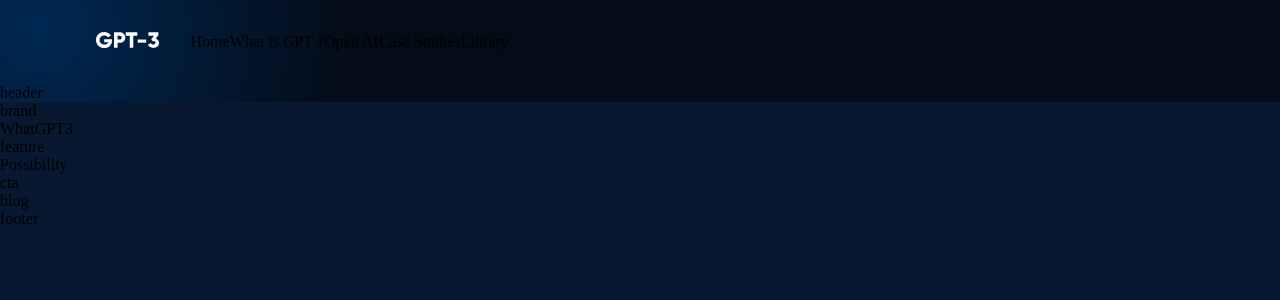
Repository: smitranjansingh29/gpt3-react
Page: /
These files come from the project's save history. The page is drawn as it stood at one moment and after the next save; the edit follows.
The browser window is 1280 px wide. The pictures show the whole page.
The project was rebuilt for these pictures with package versions that can differ from the ones it lists, and the page was loaded fresh each time. Also part of the build but not shown: src/components/brand/brand.css, src/components/cta/cta.css, src/components/feature/feature.css, src/components/feature/Feature.jsx, src/containers/features/feature.css, src/containers/footer/footer.css, src/containers/header/header.css, src/containers/possibility/possibility.css and 1 more.

Above is the page before, as saved 2023-10-02 13:15:07.

### src/index.js
import React from 'react';
import ReactDOM from 'react-dom';
import App from './App';
import './index.css';

ReactDOM.render( < App / > , document.getElementById('root'));

### src/App.js
import React from 'react';

import { Brand , Cta , Navbar } from './components';
import { Footer , Blog , Possibility , Features , WhatGPT3 , Header } from './containers';

import './App.css';
const App = () => {
  return (
    <div className='App' >
    <div className='gradient__bg' >
      <Navbar/>
      <Header/>
    </div>
    <Brand/>
    <WhatGPT3/>
    <Features/>
    <Possibility/>
    <Cta/>
    <Blog/>
    <Footer/>
    </div>
  )
}

export default App

### src/index.css
@import url('https://fonts.googleapis.com/css2?family=Manrope:wght@200;300;400;500;600;700;800&display=swap');
:root {
    --font-family: 'Manrope', sans-serif;
    --gradient-text: linear-gradient(89.97deg, #AE67FA 1.84%, #F49867 102.67%);
    --gradient-bar: linear-gradient(103.22deg, #AE67FA -13.86%, #F49867 99.55%);
    --color-bg: #081830;
    --color-footer: #031B34;
    --color-blog: #042c54;
    --color-text: #81AFDD;
    --color-subtext: #FF8A71;
}

### src/components/index.js
export { default as Article } from './article/Article';
export { default as Brand } from './brand/Brand';
export { default as Cta } from './cta/Cta';
export { default as Feature } from './feature/Feature';
export { default as Navbar } from './navbar/Navbar';

### src/App.css
* {
    padding: 0;
    margin: 0;
    box-sizing: border-box;
    scroll-behavior: smooth;
}

body {
    background: var(--color-bg);
}

a {
    color: unset;
    text-decoration: none;
}

.gradient__bg {
    background: -moz-radial-gradient(circle at 3% 25%, rgba(0, 40, 83, 1) 0%, rgba(4, 12, 24, 1) 25%);
    /* safari 5.1+,chrome 10+ */
    background: -webkit-radial-gradient(circle at 3% 25%, rgba(0, 40, 83, 1) 0%, rgba(4, 12, 24, 1) 25%);
    /* opera 11.10+ */
    background: -o-radial-gradient(circle at 3% 25%, rgba(0, 40, 83, 1) 0%, rgba(4, 12, 24, 1) 25%);
    /* ie 10+ */
    background: -ms-radial-gradient(circle at 3% 25%, rgba(0, 40, 83, 1) 0%, rgba(4, 12, 24, 1) 25%);
    /* global 92%+ browsers support */
    background: radial-gradient(circle at 3% 25%, rgba(0, 40, 83, 1) 0%, rgba(4, 12, 24, 1) 25%);
}

.gradient__text {
    background: var(--gradient-text);
    background-clip: text;
    -webkit-background-clip: text;
    -webkit-text-fill-color: transparent;
}

.section__padding {
    padding: 4rem 6rem;
}

.section__margin {
    margin: 4rem 6rem;
}

.scale-up-center {
    -webkit-animation: scale-up-center 0.4s cubic-bezier(0.390, 0.575, 0.565, 1.000) both;
    animation: scale-up-center 0.4s cubic-bezier(0.390, 0.575, 0.565, 1.000) both;
}

@-webkit-keyframes scale-up-center {
    0% {
        -webkit-transform: scale(0.5);
        transform: scale(0.5);
    }
    100% {
        -webkit-transform: scale(1);
        transform: scale(1);
    }
}

@keyframes scale-up-center {
    0% {
        -webkit-transform: scale(0.5);
        transform: scale(0.5);
    }
    100% {
        -webkit-transform: scale(1);
        transform: scale(1);
    }
}

@media screen and (max-width: 700px) {
    .section__padding {
        padding: 4rem;
    }
    .section__margin {
        margin: 4rem;
    }
}

@media screen and (max-width: 550px) {
    .section__padding {
        padding: 4rem 2rem;
    }
    .section__margin {
        margin: 4rem 2rem;
    }
}

### src/components/article/Article.jsx
import React from 'react'

const Article = () => {
    return ( <
        div >
        Article <
        /div>
    )
}

export default Article

### src/components/brand/Brand.jsx
import React from 'react';
import './brand.css';
const Brand = () => {
  return (
    <div>
      brand
    </div>
  )
}

export default Brand

### src/components/cta/Cta.jsx
import React from 'react';
import './cta.css';
const Cta = () => {
  return (
    <div>
      cta
    </div>
  )
}

export default Cta

### src/components/navbar/Navbar.jsx
import React from "react";
import { RiMenu3Line, RiCloseLine } from "react-icons/ri";
import logo from '../../assets/logo.svg'
import "./navbar.css";


const Navbar = () => {
  return (
    <div className="gpt3__navbar">
      <div className="gpt3__navbar-links">
        <div className="gpt3__navbar-links_logo">
          <img src={logo} alt="logo" />
        </div>
        <div className="gpt3__navbar-links_container">
          <p> <a href="#home"> Home </a> </p>
          <p> <a href="#wgpt3"> What is GPT ? </a> </p>
          <p> <a href="#possibility"> Open AI </a> </p>
          <p> <a href="#features"> Case Studies </a> </p>
          <p> <a href="#blog"> Library </a> </p>
        </div>
      </div>
    </div>
  );
};

export default Navbar;

### src/containers/blog/Blog.jsx
import React from 'react'

const Blog = () => {
  return (
    <div>
      blog
    </div>
  )
}

export default Blog

### src/containers/features/Features.jsx
import React from 'react';
import './feature.css';
const Features = () => {
  return (
    <div>
      feature
    </div>
  )
}

export default Features

### src/containers/footer/Footer.jsx
import React from 'react';
import './footer.css';

const Footer = () => {
  return (
    <div>
      footer
    </div>
  )
}

export default Footer

### src/containers/header/Header.jsx
import React from 'react';
import './header.css';

const Header = () => {
  return (
    <div>
      header
    </div>
  )
}

export default Header

### src/containers/possibility/Possibility.jsx
import React from 'react';
import './possibility.css';
const Possibility = () => {
  return (
    <div>
      Possibility
    </div>
  )
}

export default Possibility

### src/containers/whatGPT3/WhatGPT3.jsx
import React from 'react';
import './whatGPT3.css';
const WhatGPT3 = () => {
    return ( <
        div >
        WhatGPT3 <
        /div>
    )
}

export default WhatGPT3

### src/components/navbar/navbar.css
.gpt3__navbar {
    display: flex;
    justify-content: space-between;
    align-items: center;
    padding: 2rem 6rem;
}

.gpt3__navbar-links {
    flex: 1;
    display: flex;
    justify-content: flex-start;
    align-items: center;
}

.gpt3__navbar-links_logo {
    margin-right: 2rem;
}

.gpt3__navbar-links_logo img {
    width: 62.56px;
    height: 16.02px;
}

.gpt3__navbar-links_container {
    display: flex;
    flex-direction: row;
}

.gpt3__navbar-sign {
    display: flex;
    justify-content: flex-end;
    align-items: center;
}

Loaded but not shown: public/index.html (common file); src/containers/index.js (common file)

After the next save:
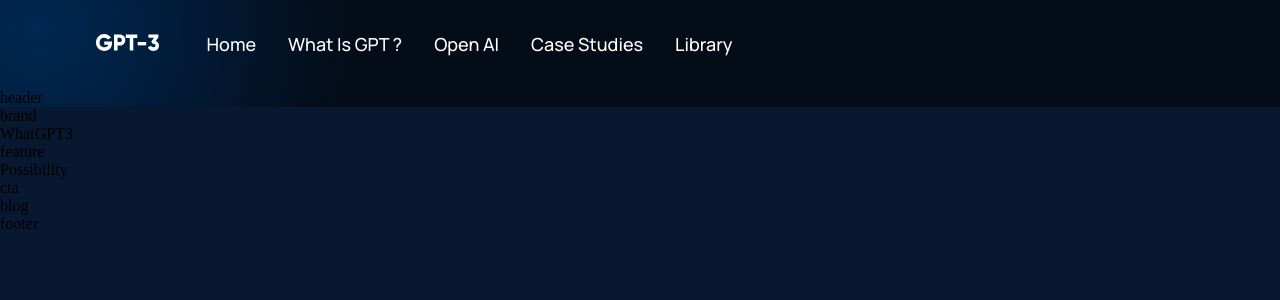
Saved 34 s later.
--- a/src/components/navbar/navbar.css
+++ b/src/components/navbar/navbar.css
@@ -31,3 +31,16 @@
     justify-content: flex-end;
     align-items: center;
 }
+
+.gpt3__navbar-links_container p,
+.gpt3__navbar-sign p,
+.gpt3__navbar-menu_container p {
+    color: #fff;
+    font-family: var(--font-family);
+    font-weight: 500;
+    font-size: 18px;
+    line-height: 25px;
+    text-transform: capitalize;
+    margin: 0 1rem;
+    cursor: pointer;
+}
